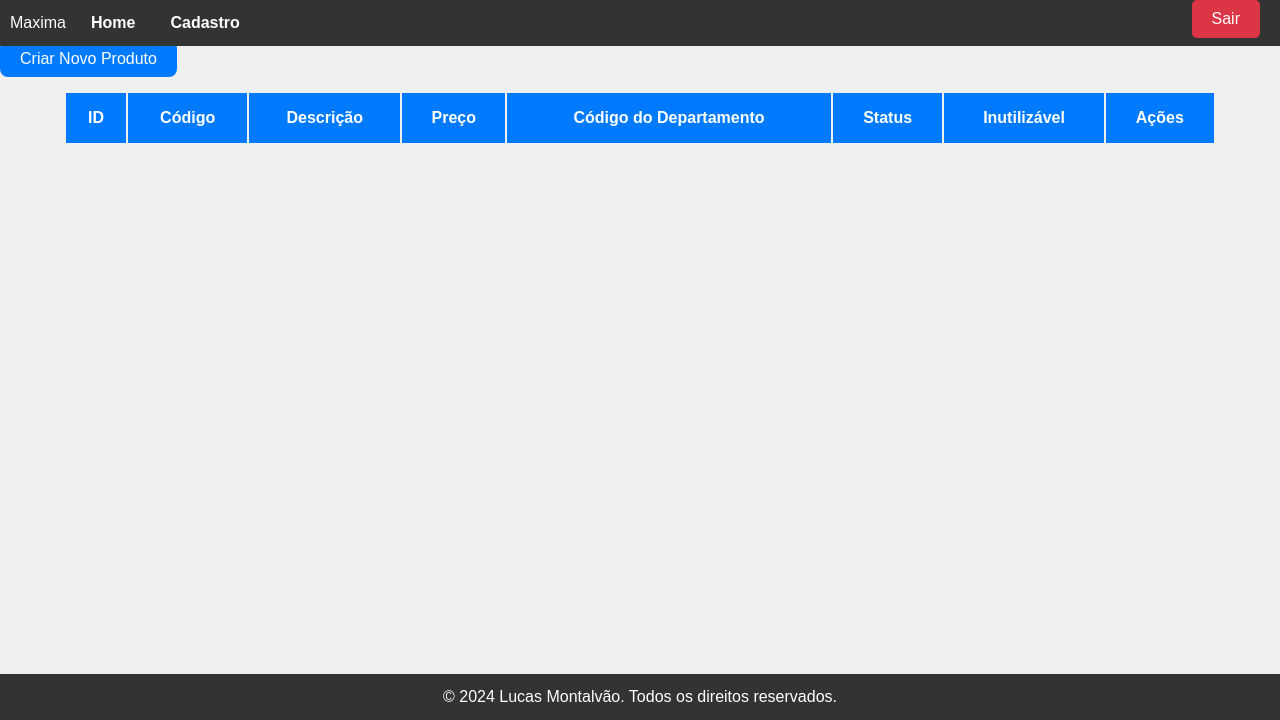
Repository: LucasMontalvao1/ProjetoMaxima
Page: /produto (app in AngularMaxima/)
These files come from the project's save history. The page is drawn as it stood at one moment and after the next save; the edit follows.
The browser window is 1280 px wide. The pictures show the whole page.
The page's requests for data from a server got no answer. The project was rebuilt for these pictures with package versions that can differ from the ones it lists, and the page was loaded fresh each time. No one was signed in, and anything a server would have sent is missing. Also part of the build but not shown: AngularMaxima/angular.json, AngularMaxima/src/app/pages/login/login.component.ts, AngularMaxima/src/app/pages/home/home.component.ts.

Above is the page before, as saved 2024-07-14 20:13:02.

After the next save:
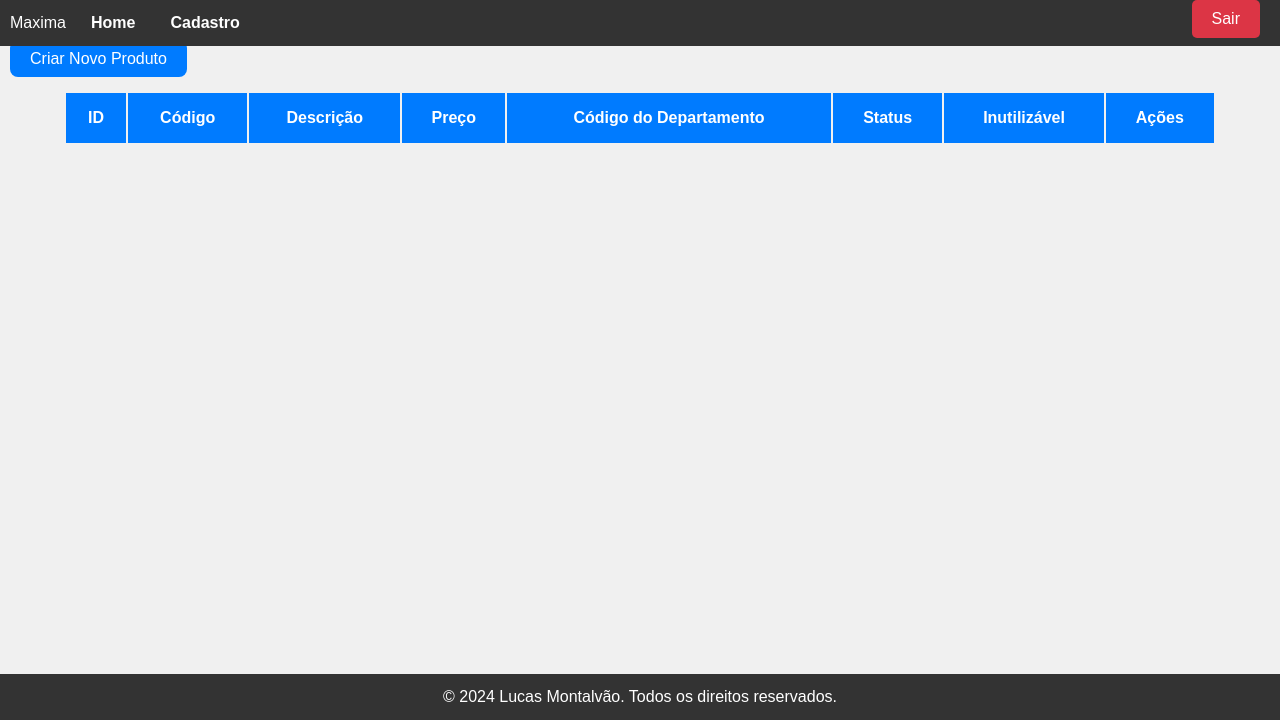
Saved 11 s later.
--- a/AngularMaxima/src/app/pages/produto/produto.component.css
+++ b/AngularMaxima/src/app/pages/produto/produto.component.css
@@ -52,6 +52,7 @@
   border-radius: 8px;
   cursor: pointer;
   text-decoration: none; /* Remove sublinhado padrão para links */
+  margin: 10px; /* Espaçamento ao redor do botão */
 }
 
 .btn-criar:hover {
